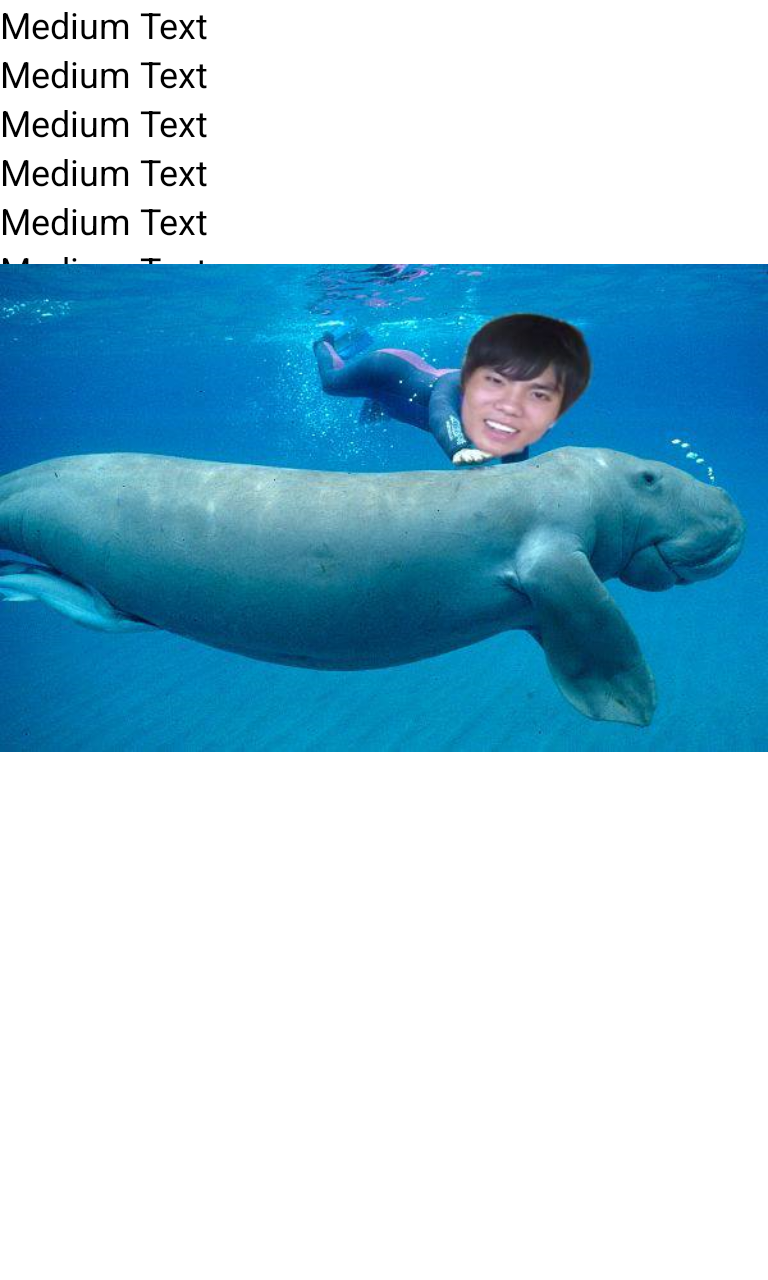
Repository: hieu19926/Non_cable_networking
Layout: SecondGraders/res/layout/mucluc.xml
An editor plug-in stored every save of this project. The layout is shown before and after the next save, followed by the edit.
It is drawn on a 768 x 1280 px phone screen (xhdpi) without system bars, with theme AppTheme; the app's code is not run.

Above is the layout before, as saved 2014-10-05 09:13:53.

### SecondGraders/res/layout/mucluc.xml
<?xml version="1.0" encoding="utf-8"?>
<RelativeLayout xmlns:android="http://schemas.android.com/apk/res/android"
    android:id="@+id/RelativeLayout1"
    android:layout_width="match_parent"
    android:layout_height="fill_parent"
    android:columnCount="2"
    android:orientation="horizontal" >

    <ScrollView
        android:id="@+id/scrollView1"
        android:layout_width="115dp"
        android:layout_height="wrap_content"
        android:layout_alignParentLeft="true"
        android:layout_alignParentTop="true"
        android:layout_gravity="left" >

        <LinearLayout
            android:layout_width="wrap_content"
            android:layout_height="match_parent"
            android:orientation="vertical" >

            <TextView
                android:id="@+id/TextView12"
                android:layout_width="wrap_content"
                android:layout_height="wrap_content"
                android:text="Medium Text"
                android:textAppearance="?android:attr/textAppearanceMedium" />

            <TextView
                android:id="@+id/TextView11"
                android:layout_width="wrap_content"
                android:layout_height="wrap_content"
                android:text="Medium Text"
                android:textAppearance="?android:attr/textAppearanceMedium" />

            <TextView
                android:id="@+id/TextView10"
                android:layout_width="wrap_content"
                android:layout_height="wrap_content"
                android:text="Medium Text"
                android:textAppearance="?android:attr/textAppearanceMedium" />

            <TextView
                android:id="@+id/TextView09"
                android:layout_width="wrap_content"
                android:layout_height="wrap_content"
                android:text="Medium Text"
                android:textAppearance="?android:attr/textAppearanceMedium" />

            <TextView
                android:id="@+id/TextView08"
                android:layout_width="wrap_content"
                android:layout_height="wrap_content"
                android:text="Medium Text"
                android:textAppearance="?android:attr/textAppearanceMedium" />

            <TextView
                android:id="@+id/TextView07"
                android:layout_width="wrap_content"
                android:layout_height="wrap_content"
                android:text="Medium Text"
                android:textAppearance="?android:attr/textAppearanceMedium" />

            <TextView
                android:id="@+id/TextView06"
                android:layout_width="wrap_content"
                android:layout_height="wrap_content"
                android:text="Medium Text"
                android:textAppearance="?android:attr/textAppearanceMedium" />

            <TextView
                android:id="@+id/TextView05"
                android:layout_width="wrap_content"
                android:layout_height="wrap_content"
                android:text="Medium Text"
                android:textAppearance="?android:attr/textAppearanceMedium" />

            <TextView
                android:id="@+id/TextView04"
                android:layout_width="wrap_content"
                android:layout_height="wrap_content"
                android:text="Medium Text"
                android:textAppearance="?android:attr/textAppearanceMedium" />

            <TextView
                android:id="@+id/TextView03"
                android:layout_width="wrap_content"
                android:layout_height="wrap_content"
                android:text="Medium Text"
                android:textAppearance="?android:attr/textAppearanceMedium" />

            <TextView
                android:id="@+id/TextView02"
                android:layout_width="wrap_content"
                android:layout_height="wrap_content"
                android:text="Medium Text"
                android:textAppearance="?android:attr/textAppearanceMedium" />

            <TextView
                android:id="@+id/TextView01"
                android:layout_width="wrap_content"
                android:layout_height="wrap_content"
                android:text="Medium Text"
                android:textAppearance="?android:attr/textAppearanceMedium" />

            <TextView
                android:id="@+id/textView1"
                android:layout_width="wrap_content"
                android:layout_height="wrap_content"
                android:text="Medium Text"
                android:textAppearance="?android:attr/textAppearanceMedium" />

            <TextView
                android:id="@+id/textView2"
                android:layout_width="wrap_content"
                android:layout_height="wrap_content"
                android:text="Medium Text"
                android:textAppearance="?android:attr/textAppearanceMedium" />

            <TextView
                android:id="@+id/textView3"
                android:layout_width="wrap_content"
                android:layout_height="wrap_content"
                android:text="Medium Text"
                android:textAppearance="?android:attr/textAppearanceMedium" />
        </LinearLayout>
    </ScrollView>

    <ImageView
        android:id="@+id/imageView1"
        android:layout_width="wrap_content"
        android:layout_height="wrap_content"
        android:layout_alignParentLeft="false"
        android:layout_alignParentTop="false"
        android:src="@drawable/ca_kua" />

</RelativeLayout>

Loaded but not shown: SecondGraders/res/values/styles.xml (common file); SecondGraders/res/values-v11/styles.xml (common file); SecondGraders/res/values-v14/styles.xml (common file)

After the next save:
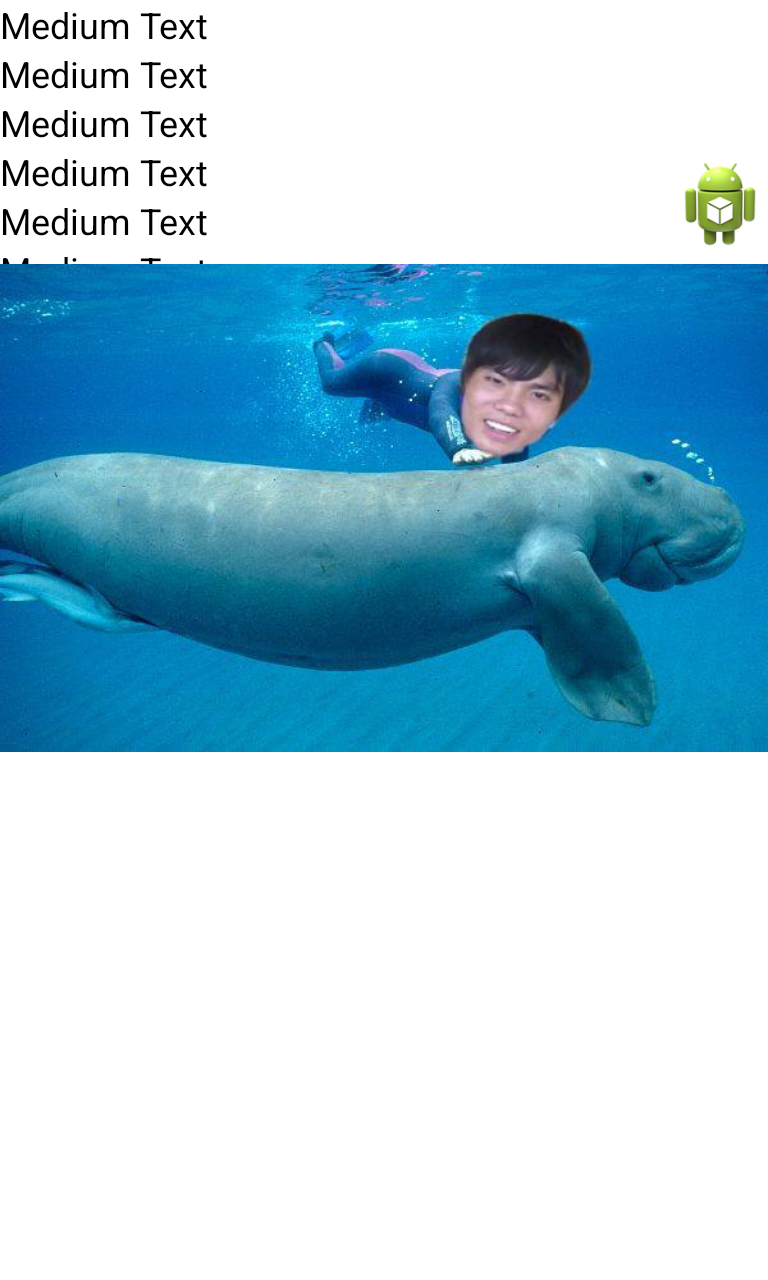
Saved 109 s later.
--- a/SecondGraders/res/layout/mucluc.xml
+++ b/SecondGraders/res/layout/mucluc.xml
@@ -127,11 +127,20 @@
     </ScrollView>
 
     <ImageView
+        android:id="@+id/imageView2"
+        android:layout_width="wrap_content"
+        android:layout_height="wrap_content"
+        android:layout_alignParentRight="true"
+        android:layout_alignParentTop="true"
+        android:layout_marginTop="78dp"
+        android:src="@drawable/ic_launcher" />
+
+    <ImageView
         android:id="@+id/imageView1"
         android:layout_width="wrap_content"
         android:layout_height="wrap_content"
-        android:layout_alignParentLeft="false"
-        android:layout_alignParentTop="false"
+        android:layout_alignParentLeft="true"
+        android:layout_alignParentTop="true"
         android:src="@drawable/ca_kua" />
 
 </RelativeLayout>
